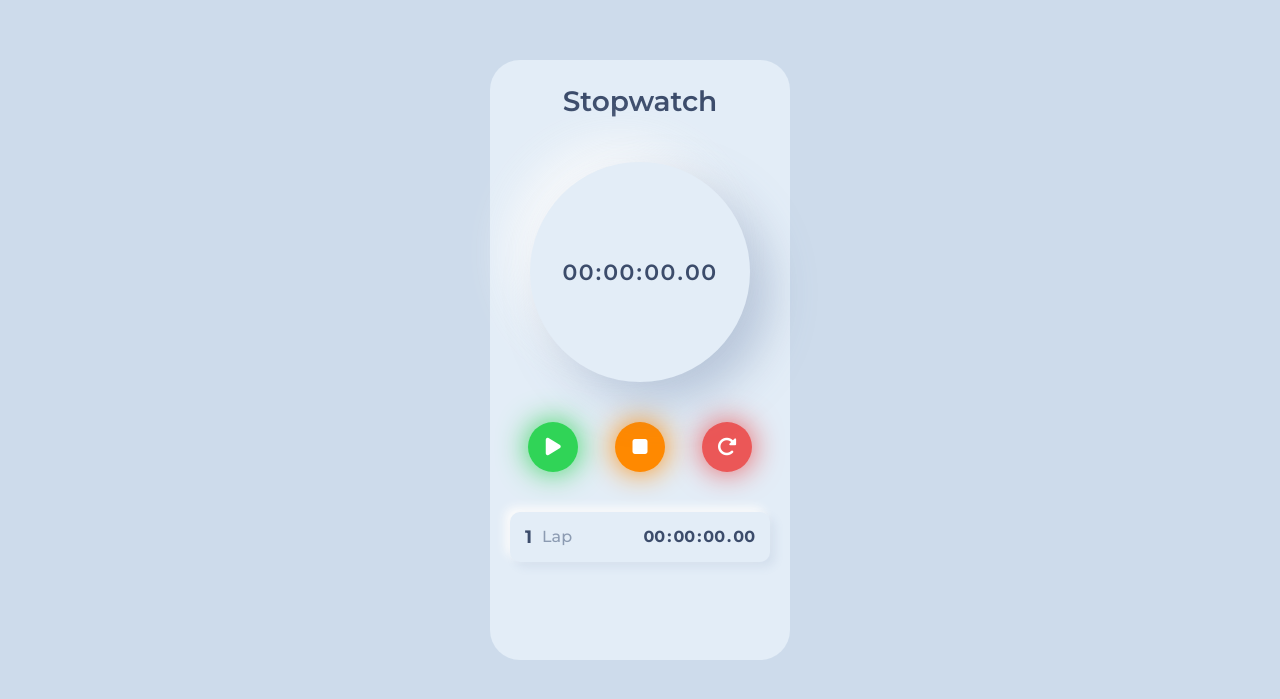
Repository: dinhtri123/stopwatch
Page: index.html
The author's editor kept a copy of each file at every save. The page is drawn from the files as they stood at one save, then again after a run of saves.
The browser window is 1280 px wide. The pictures show the whole page.
After loading, the first visible `button.btn-reset` was clicked once.

Above is the page before, as saved 2023-01-05 15:41:03.

### index.html
<!DOCTYPE html>
<html lang="en">
  <head>
    <meta charset="UTF-8" />
    <meta http-equiv="X-UA-Compatible" content="IE=edge" />
    <meta name="viewport" content="width=device-width, initial-scale=1.0" />
    <link
      rel="stylesheet"
      href="https://cdnjs.cloudflare.com/ajax/libs/font-awesome/6.2.1/css/all.min.css"
    />
    <title>Stop Watch</title>
    <link rel="stylesheet" href="style.css" />
  </head>
  <body>
    <div class="wrapper">
      <h3>Stopwatch</h3>
      <div class="timer">
        <div class="effects"></div>
        <p class="hours">00</p>
        <span>:</span>
        <p class="minutes">00</p>
        <span>:</span>
        <p class="seconds">00</p>
        <span>.</span>
        <p class="milis">00</p>
      </div>
      <div class="btn">
        <button class="btn-start">
          <i class="fa-solid fa-play start"></i>
        </button>
        <button class="btn-stop" disabled>
          <i class="fa-solid fa-stop stop"></i>
        </button>
        <button class="btn-reset">
          <i class="fa-solid fa-rotate-right reset"></i>
        </button>
      </div>
      <div class="history">
        <!-- <div class="lap">
          <div class="number-lap">
            <p>1</p>
            <span>Lap</span>
          </div>
          <div class="timer-lap">
            <p>01</p>
            <span>:</span>
            <p>00</p>
            <span>:</span>
            <p>00</p>
          </div>
        </div> -->
      </div>
    </div>
  </body>
  <script src="index.js"></script>
</html>

### style.css
@import url("https://fonts.googleapis.com/css2?family=Montserrat:wght@400;500;600;700&display=swap");
* {
  margin: 0;
  padding: 0;
  box-sizing: border-box;
  font-family: "Montserrat", sans-serif;
}
body {
  width: 100%;
  min-height: 100vh;
  height: 100%;
  font-size: 16px;
  line-height: 1.5;
  font-weight: 400;
  background-color: #cddbeb;
  display: flex;
  justify-content: center;
  align-items: center;
}
.wrapper {
  width: 300px;
  height: 600px;
  border-radius: 30px;
  background: #e3edf7;
  padding: 20px;
  display: flex;
  flex-direction: column;
  justify-content: flex-start;
  align-items: center;
  gap: 40px;
}
h3 {
  font-size: 28px;
  color: #3c4c6b;
  text-align: center;
  font-weight: 600;
}
.timer {
  background-color: #e3edf7;
  width: 220px;
  height: 220px;
  border-radius: 50%;
  display: flex;
  justify-content: center;
  align-items: center;
  gap: 3px;
  box-shadow: 20px 20px 45px #6a80a85d, -20px -20px 45px #fbfbfbd9;
  font-size: 22px;
  font-weight: 600;
  color: #3c4c6b;
  letter-spacing: 1.5px;
  position: relative;
}
.timer > p {
  width: 28px;
  display: flex;
  justify-content: center;
  align-items: center;
}
.effects {
  position: absolute;
  inset: 0;
  width: 220px;
  height: 220px;
  border-radius: 50%;
  border-top: 3px solid #6a80a899;
  border-right: 3px solid transparent;
  animation: during 1s linear infinite;
  display: none;
}
.effects:before {
  content: "";
  position: absolute;
  top: 29px;
  right: 22px;
  width: 10px;
  height: 10px;
  border-radius: 50%;
  background-color: #3c4c6bb7;
  box-shadow: 0px 0px 10px #3c4c6b;
}
@keyframes during {
  to {
    transform: rotate(360deg);
  }
}

.btn {
  width: 100%;
  display: flex;
  justify-content: space-around;
}
button {
  background-color: #e3edf7;
  border: none;
  outline: none;
  border-radius: 50%;
  width: 50px;
  height: 50px;
  font-weight: 700;
  color: #3c4c6b;
  cursor: pointer;
  font-size: 20px;
  display: flex;
  justify-content: center;
  align-items: center;
  color: white;
}
.btn-start {
  background: #30d457;
  /* box-shadow: 5px 5px 10px #30d4569d, -5px -5px 10px #fbfbfb; */
  box-shadow: 0px 0px 30px #30d456fd;
}
.btn-stop {
  background: #ff8900;
  /* box-shadow: 5px 5px 10px #ff8900, -5px -5px 10px #fbfbfb; */
  box-shadow: 0px 0px 30px #ff8900;
  cursor: not-allowed;
}
.btn-reset {
  background-color: #eb5757;
  /* box-shadow: 5px 5px 10px #eb5757, -5px -5px 10px #fbfbfb; */

  box-shadow: 0px 0px 30px #eb5757;
}

.history {
  width: 100%;
  display: flex;
  flex-direction: column;
  gap: 10px;
}
.lap {
  width: 100%;
  height: 50px;
  background-color: #e3edf7;
  border-radius: 10px;
  box-shadow: 5px 5px 10px #6a80a81e, -5px -5px 10px #fbfbfb;
  display: flex;
  justify-content: space-between;
  align-items: center;
  padding: 10px 15px;
}
.number-lap {
  display: flex;
  align-items: center;
  gap: 10px;
}
.number-lap > p {
  font-size: 18px;
  font-weight: 700;
  color: #3c4c6b;
}
.number-lap > span {
  font-weight: 500;
  color: #8c9bb2;
}
.timer-lap {
  display: flex;
  gap: 2px;
  color: #3c4c6b;
  font-weight: 700;
  letter-spacing: 1.5;
}

.btn-disabled {
  cursor: not-allowed;
}
.btn-enabled {
  cursor: pointer;
}

### index.js
const btnStart = document.querySelector(".btn-start");
const btnStop = document.querySelector(".btn-stop");
const btnReset = document.querySelector(".btn-reset");

const miliseconds = document.querySelector(".milis");
const seconds = document.querySelector(".seconds");
const minutes = document.querySelector(".minutes");
const hours = document.querySelector(".hours");

const iconStart = document.querySelector(".start");
const iconStop = document.querySelector(".stop");
const iconReset = document.querySelector(".reset");

const effects = document.querySelector(".effects");

const history = document.querySelector(".history");

let interval;
let milis = 0;
let sec = 0;
let min = 0;
let hrs = 0;

btnStart.addEventListener("click", function () {
  effects.style.display = "block";
  effects.style.animationPlayState = "running";

  interval = setInterval(() => {
    milis++;
    let timerMilis = milis < 10 ? "0" + milis : milis;
    miliseconds.textContent = timerMilis > 99 ? (milis = "0" + 0) : timerMilis;
    if (timerMilis === 100) {
      sec++;
      let timer = sec < 10 ? "0" + sec : sec;
      seconds.textContent = timer > 59 ? (sec = "0" + 0) : timer;
      if (timer === 60) {
        min++;
        let timerMin = min < 10 ? "0" + min : min;
        if (min === 60) {
          hrs++;
          hours.textContent = hrs < 10 ? "0" + hrs : hrs;
        }
        minutes.textContent = timerMin > 59 ? (min = "0" + 0) : timerMin;
      }
    }
  }, 10);

  if (iconStart.className.includes("fa-play")) {
    iconStart.className = iconStart.className.replace("fa-play", "fa-pause");
    this.disabled = true;
    this.classList.add("btn-disabled");
    btnStop.classList.add("btn-enabled");
    btnStop.disabled = false;
  } else {
    iconStart.className = iconStart.className.replace("fa-pause", "fa-play");
  }
});

btnStop.addEventListener("click", function () {
  effects.style.animationPlayState = "paused";
  btnStart.disabled = false;
  btnStart.classList.remove("btn-disabled");
  this.disabled = true;
  this.classList.remove("btn-enabled");
  iconStart.className = iconStart.className.replace("fa-pause", "fa-play");
  clearInterval(interval);
});

btnReset.addEventListener("click", function () {
  let storeValues = [hrs, min, sec, milis];
  effects.style.display = "none";
  miliseconds.textContent = "00";
  seconds.textContent = "00";
  minutes.textContent = "00";
  hours.textContent = "00";
  btnStart.disabled = false;
  btnStart.classList.remove("btn-disabled");
  btnStop.disabled = true;
  btnStop.classList.remove("btn-enabled");
  iconStart.className = iconStart.className.replace("fa-pause", "fa-play");
  clearInterval(interval);
  milis = 0;
  sec = 0;
  min = 0;
  hrs = 0;
  let indexLap = 1;
  const template = `<div class="lap">
  <div class="number-lap">
    <p>${indexLap++}</p>
    <span>Lap</span>
  </div>
  <div class="timer-lap">
    <p>${storeValues[0] < 10 ? "0" + storeValues[0]: storeValues[0]}</p>
    <span>:</span>
    <p>${storeValues[1] < 10 ? "0" + storeValues[1]: storeValues[1]}</p>
    <span>:</span>
    <p>${storeValues[2] < 10 ? "0" + storeValues[2]: storeValues[2]}</p>
    <span>.</span>
    <p>${storeValues[3] < 10 ? "0" + storeValues[3]: storeValues[3]}</p>
  </div>
</div>`;
  history.insertAdjacentHTML("beforeend", template);
});

After the next 3 saves:
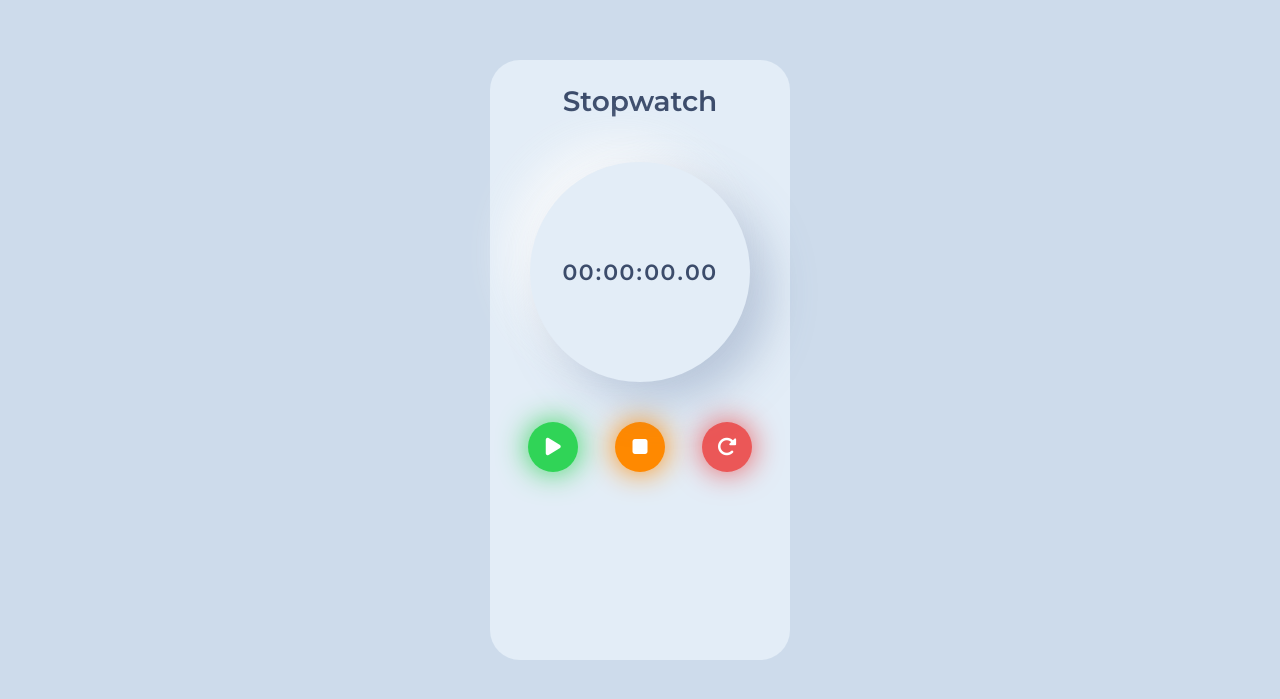
Console error (its wording comes from the project's code and is left out).
The 3 saves are shown as one change because they came seconds apart.
The last was saved 48 s later.
--- a/index.js
+++ b/index.js
@@ -99,5 +99,5 @@
     <p>${storeValues[3] < 10 ? "0" + storeValues[3]: storeValues[3]}</p>
   </div>
 </div>`;
-  history.insertAdjacentHTML("beforeend", template);
+  history.insertAdjacentHTML("afterstart", template);
 });

After the 4 saves that followed:
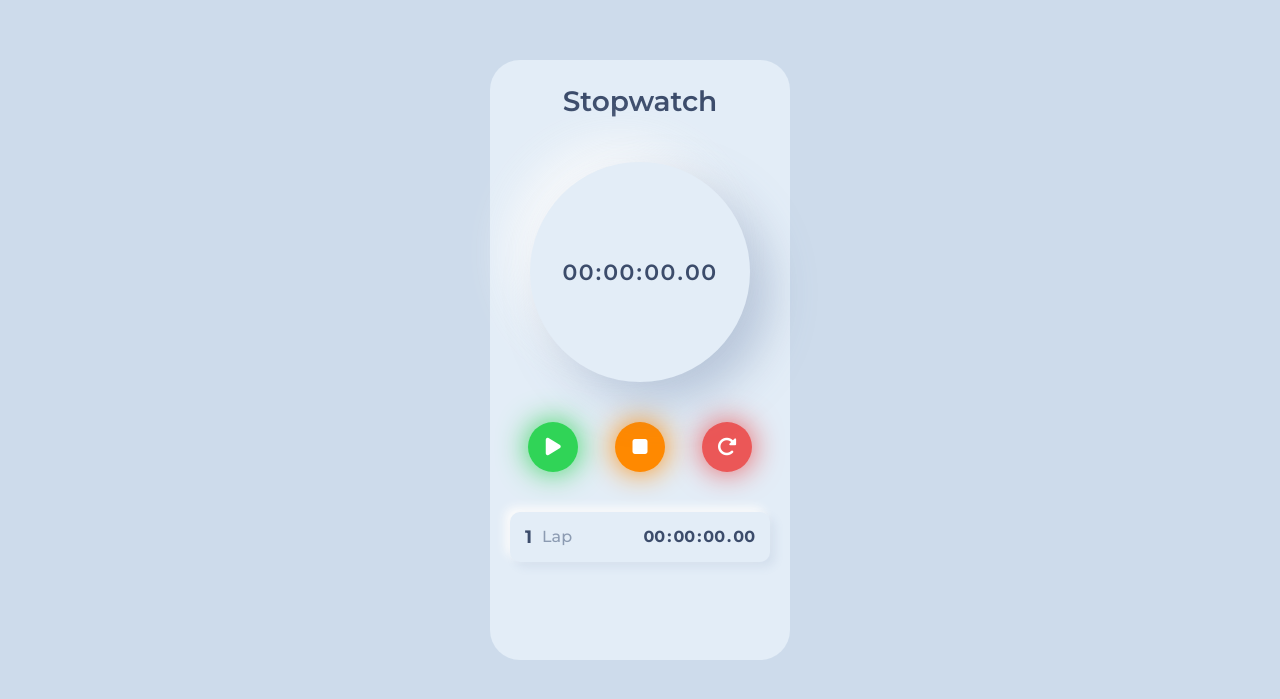
The error is gone.
The 4 saves are shown as one change because 1 left the picture as it was and some came seconds apart.
The last was saved 17 s later.
--- a/index.js
+++ b/index.js
@@ -99,5 +99,5 @@
     <p>${storeValues[3] < 10 ? "0" + storeValues[3]: storeValues[3]}</p>
   </div>
 </div>`;
-  history.insertAdjacentHTML("afterstart", template);
+  history.insertAdjacentHTML("afterbegin", template);
 });
